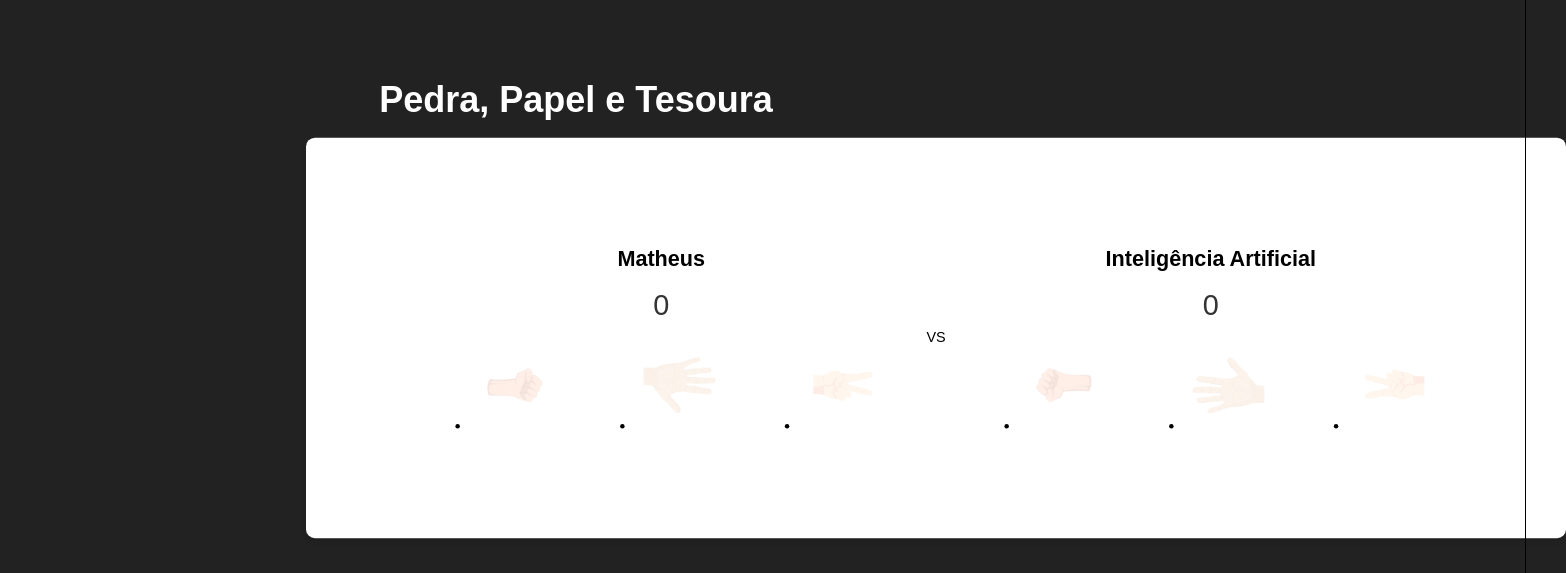
Repository: Matheus904-12/Pedra-Papel
Page: index.html
An editor plug-in stored every save of this project. The page is shown before and after the next save, followed by the edit.
The browser window is 1280 px wide. The page is 1740 px wide, so the pictures cover 1740 px, including what lies to the right of the window. The pictures show the whole page, at 90% of full size.

Above is the page before, as saved 2023-08-28 21:58:00.

### index.html
<!DOCTYPE html>
<html lang="en">
<head>
    <meta charset="UTF-8">
    <meta name="viewport" content="width=device-width, initial-scale=1.0">
    <title>Pedra, Papel e Tesoura</title>
    <link rel="stylesheet" href="style.css">
    <script src="script.js"></script>
</head>
<body>
    <center>
    <div class="box">
        <div class="container">
            <h1 id="titulo">Pedra, Papel e Tesoura</h1>
            <div class="placar" id="placar">
                <div class="jogador">
                    <h2 id="jogadorNome">Matheus</h2>
                    <p id="jogadorPontos">0</p>
                    <ul class="escolhas" id="jogadorEscolha">
                        <li>
                            <a id="jogadorEscolha1" class="escolha" onclick="jogar(1)">
                                <img src="img/1-removebg-preview.png" alt="">
                            </a>
                        </li>
                        <li>
                            <a id="jogadorEscolha2" class="escolha" onclick="jogar(2)">
                                <img src="img/2-removebg-preview.png" alt="">
                            </a>
                        </li>
                        <li>
                            <a id="jogadorEscolha3" class="escolha" onclick="jogar(3)">
                                <img src="img/3-removebg-preview.png" alt="">
                            </a>
                        </li>
                    </ul>
                </div>
                <div id="versus">VS</div>
                <div class="computador">
                    <h2 id="computadorNome">Inteligência Artificial</h2>
                    <p id="computadorPontos">0</p>
                    <ul class="escolhas" id="computadorEscolha">
                        <li>
                            <a id="computadorEscolha1" class="escolha">
                                <img src="img2/1.png" alt="">
                            </a>
                        </li>
                        <li>
                            <a id="computadorEscolha2" class="escolha">
                                <img src="img2/2.png" alt="">
                            </a>
                        </li>
                        <li>
                            <a id="computadorEscolha3" class="escolha">
                                <img src="img2/3.png" alt="">
                            </a>
                        </li>
                    </ul>
                </div>
            </div>
            <div class="mensagem"><p id="mensagem"class="result-message">&nbsp;</p>
    </div>
</center>
</body>
</html>

### style.css
ul#jogadorEscolha li a,
ul#computadorEscolha li a{
    opacity: 0.2;
    transition: ease-in-out 0.3s;
}
ul#jogadorEscolha li a:hover,
ul#jogadorEscolha li a.selecionado,
ul#computadorEscolha li a.selecionado {
    opacity: 1;
}

/* Estilos gerais */
body {
    font-family: 'Arial', sans-serif;
    background-color: #222;
    margin: 0;
    padding: 0;
    transition: background-color 0.5s ease;
    align-items: center;
}

/* Estilo do container principal */
.box {
    display: flex;
    align-items: center;
    justify-content: center;
    min-height: 100vh;
    transition: background-color 0.5s ease;
}

.container {
    width: 100%;
    max-width: 600px;
    text-align: center;
}

/* Estilo do título */
#titulo {
    font-size: 2.5rem;
    color: #fff;
    margin-bottom: 20px;
}

/* Estilo do placar */
.placar {
    display: flex;
    align-items: center;
    justify-content: space-between;
    padding: 100px;
    background-color: #fff;
    border-radius: 10px;
    box-shadow: 0 4px 6px rgba(0, 0, 0, 0.1);
    width: 100vw;
    margin: 0;
    max-width: 1200px;
}

.jogador,
.computador {
    width: 50%;
}

.jogador p,
.computador p {
    font-size: 2rem;
    color: #333;
    margin: 0;
}

.escolhas {
    display: flex;
    justify-content: space-around;
    margin-top: 20px;
}

.escolhas img {
    max-width: 100px;
    cursor: pointer;
    transition: transform 0.3s ease;
}

.escolhas img:hover {
    transform: scale(1.1);
}

/* Estilo do resultado/mensagem */
.result-message {
    font-size: 1.2rem;
    margin-top: 20px;
    color: #fff;
}

.result-message.vitoria {
    color: #4CAF50;
}

.result-message.derrota {
    color: #FF5733;
}

.result-message.empate {
    color: #FFC300;
}

/* Estilo do botão reiniciar */
.reiniciar-jogo {
    background-color: #3498db;
    border: none;
    color: white;
    padding: 10px 20px;
    text-align: center;
    text-decoration: none;
    display: inline-block;
    font-size: 16px;
    border-radius: 5px;
    cursor: pointer;
    transition: background-color 0.3s ease;
}

.reiniciar-jogo:hover {
    background-color: #2980b9;
}

/* Estilo do histórico */
.historico {
    text-align: center;
    margin-top: 20px;
}

.historico-toggle {
    background-color: #333;
    border: none;
    color: white;
    padding: 5px 10px;
    font-size: 14px;
    border-radius: 5px;
    cursor: pointer;
    transition: background-color 0.3s ease;
}

.historico-toggle:hover {
    background-color: #222;
}

.historico-list {
    list-style: none;
    padding: 0;
    display: none;
    text-align: left;
}

.historico-list li {
    font-size: 14px;
    margin-bottom: 5px;
    color: #fff;
}

### script.js
let jogadorEscolha = 0;
let jogadorPontos = 0;
let computadorEscolha = 0;
let computadorPontos = 0;
let ganhador = -1;
let historico = [];

function jogar(escolha){
    jogadorEscolha = escolha;
    computadorEscolha = Math.floor(Math.random() * 3) + 1;


/*PEDRA = 1
  PAPEL = 2
  TESOURA = 3
*/

if (jogadorEscolha == 1 && computadorEscolha == 1) {
    ganhador = 0;
    //*PEDRA = PEDRA*//
} else if (jogadorEscolha == 1 && computadorEscolha == 2) {
    ganhador = 2;
    //PEDRA E PAPEL = PAPEL//
} else if (jogadorEscolha == 1 && computadorEscolha == 3) {
    ganhador = 1;
    //PEDRA E TESOURA = PEDRA//
} else if (jogadorEscolha == 2 && computadorEscolha == 1) {
    ganhador = 1;
    //PAPEL E PEDRA = PEDRA
} else if (jogadorEscolha == 2 && computadorEscolha == 2) {
    ganhador =  0;
    //PAPEL E PAPEL = NADA
} else if (jogadorEscolha == 2 && computadorEscolha == 3) {
    ganhador = 2;
    //PAPEL E TESOURA = TESOURA
} else if (jogadorEscolha == 3 && computadorEscolha == 1) {
    ganhador = 2;
    //TESOURA E PEDRA = PEDRA
} else if (jogadorEscolha == 3 && computadorEscolha == 2) {
    ganhador = 1;
    //TESOURA E PAPEL = TESOURA
} else if (jogadorEscolha == 3 && computadorEscolha == 3) {
    ganhador = 0;
    //TESOURA E TESOURA = EMPATE
}


document.getElementById('jogadorEscolha1').classList.remove('selecionado');
document.getElementById('jogadorEscolha2').classList.remove('selecionado');
document.getElementById('jogadorEscolha3').classList.remove('selecionado');
document.getElementById('computadorEscolha1').classList.remove('selecionado');
document.getElementById('computadorEscolha2').classList.remove('selecionado');
document.getElementById('computadorEscolha3').classList.remove('selecionado');



document.getElementById('jogadorEscolha'+jogadorEscolha).classList.add('selecionado');
document.getElementById('computadorEscolha'+computadorEscolha).classList.add('selecionado');


/*
EMPATE = 0;
JOGADOR = 1;
COMPUTADOR = 2;
*/


// Atualizar placar
if (ganhador === 1) {
    jogadorPontos++;
} else if (ganhador === 2) {
    computadorPontos++;
}

document.getElementById('jogadorPontos').textContent = jogadorPontos;
document.getElementById('computadorPontos').textContent = computadorPontos;


// Mensagem do resultado
let mensagem = '';
if (ganhador === 1) {
    mensagem = 'Você venceu!';
} else if (ganhador === 2) {
    mensagem = 'Você perdeu!';
} else {
    mensagem = 'Empate!';
}

// Adicionar ao histórico
historico.push({
    jogador: jogadorEscolha,
    computador: computadorEscolha,
    resultado: ganhador
});

// Atualizar elementos na página
document.getElementById('jogadorPontos').textContent = jogadorPontos;
document.getElementById('computadorPontos').textContent = computadorPontos;
document.querySelector('.result-message').textContent = mensagem;
document.querySelector('.result-message').className = `result-message ${ganhadorClass}`;

// Exibir histórico
mostrarHistorico();

// Adicionar classe de estilo à mensagem
let mensagemElement = document.getElementById('mensagem');
mensagemElement.classList.remove('vitoria', 'derrota', 'empate');
if (ganhador === 1) {
    mensagemElement.classList.add('vitoria');
} else if (ganhador === 2) {
    mensagemElement.classList.add('derrota');
} else {
    mensagemElement.classList.add('empate');
}
}

function mostrarHistorico() {
let historicoList = document.getElementById('historico-list');
historicoList.innerHTML = '';

for (let i = 0; i < historico.length; i++) {
    let item = historico[i];
    let resultado = '';
    if (item.resultado === 1) {
        resultado = 'Vitória';
    } else if (item.resultado === 2) {
        resultado = 'Derrota';
    } else {
        resultado = 'Empate';
    }

    let listItem = document.createElement('li');
    listItem.textContent = `Jogador: ${item.jogador} | Computador: ${item.computador} | Resultado: ${resultado}`;
    historicoList.appendChild(listItem);
}


document.getElementById('historico-toggle').addEventListener('click', function() {
    const historicoList = document.querySelector('.historico-list');
    historicoList.style.display = historicoList.style.display === 'none' ? 'block' : 'none';
    this.textContent = historicoList.style.display === 'none' ? 'Ver Histórico' : 'Esconder Histórico';
});

// Mensagem do resultado
let mensagem = '';
if (ganhador === 1) {
    mensagem = 'Você venceu!';
} else if (ganhador === 2) {
    mensagem = 'Você perdeu!';
} else {
    mensagem = 'Empate!';
}

// Adicionar ao histórico
historico.push({
    jogador: jogadorEscolha,
    computador: computadorEscolha,
    resultado: ganhador
});


// Atualizar elementos na página
document.getElementById('jogadorPontos').textContent = jogadorPontos;
document.getElementById('computadorPontos').textContent = computadorPontos;
document.querySelector('.result-message').textContent = mensagem;
document.querySelector('.result-message').className = `result-message ${ganhadorClass}`;


 // Adicionar classe de estilo à mensagem
let mensagemElement = document.querySelector('.mensagem');
mensagemElement.classList.remove('vitoria', 'derrota', 'empate');
if (ganhador === 1) {
    mensagemElement.classList.add('vitoria');
} else if (ganhador === 2) {
    mensagemElement.classList.add('derrota');
} else {
    mensagemElement.classList.add('empate');
}

// Atualizar estilo da página com base no resultado
document.querySelector('.box').className = `box ${ganhadorClass}`;




// Atualizar cor de fundo com base no resultado
if (ganhador === 1) {
    document.body.style.backgroundColor = '#4CAF50'; // Verde
} else if (ganhador === 2) {
    document.body.style.backgroundColor = '#FF5733'; // Vermelho
} else {
    document.body.style.backgroundColor = '#FFC300'; // Amarelo
}


// Selecionar escolha do jogador
document.getElementById(`jogadorEscolha${jogadorEscolha}`).classList.add('selecionado');


// Atualizar escolhas do jogador
document.getElementById(`jogadorEscolha${jogadorEscolha}`).classList.add('selecionado');
document.getElementById(`computadorEscolha${computadorEscolha}`).classList.add('selecionado');

// Atualizar estilo da página com base no resultado
document.querySelector('.box').className = `box ${ganhadorClass}`;

// Função para reiniciar o jogo
function reiniciarJogo() {
    jogadorPontos = 0;
    computadorPontos = 0;
    historico = [];
    limparEscolhas();
    atualizarPlacar();
    limparMensagem();
    mostrarHistorico();
    resetarEstiloPagina();
}

// Limpar escolhas selecionadas
function limparEscolhas() {
    document.querySelectorAll('.escolha').forEach(element => {
        element.classList.remove('selecionado');
    });
}

// Atualizar placar
function atualizarPlacar() {
    document.getElementById('jogadorPontos').textContent = jogadorPontos;
    document.getElementById('computadorPontos').textContent = computadorPontos;
}

// Limpar mensagem do resultado
function limparMensagem() {
    document.querySelector('.result-message').textContent = '';
    document.querySelector('.mensagem').className = 'mensagem';
}

// Resetar estilo da página
function resetarEstiloPagina() {
    document.querySelector('.box').className = 'box';
}

// Botão de reiniciar o jogo
document.getElementById('reiniciar-jogo').addEventListener('click', function() {
    reiniciarJogo();
});


// Função para reiniciar o jogo
function reiniciarJogo() {
    jogadorPontos = 0;
    computadorPontos = 0;
    historico = [];
    limparEscolhas();
    atualizarPlacar();
    limparMensagem();
    mostrarHistorico();
    resetarEstiloPagina();
}

// Limpar escolhas selecionadas
function limparEscolhas() {
    document.querySelectorAll('.escolha').forEach(element => {
        element.classList.remove('selecionado');
    });
}

// Atualizar placar
function atualizarPlacar() {
    document.getElementById('jogadorPontos').textContent = jogadorPontos;
    document.getElementById('computadorPontos').textContent = computadorPontos;
}

// Limpar mensagem do resultado
function limparMensagem() {
    document.querySelector('.result-message').textContent = '';
    document.querySelector('.mensagem').className = 'mensagem';
}

// Resetar estilo da página
function resetarEstiloPagina() {
    document.querySelector('.box').className = 'box';
}

// Botão de reiniciar o jogo
document.getElementById('reiniciar-jogo').addEventListener('click', function() {
    reiniciarJogo();
});


}

After the next save:
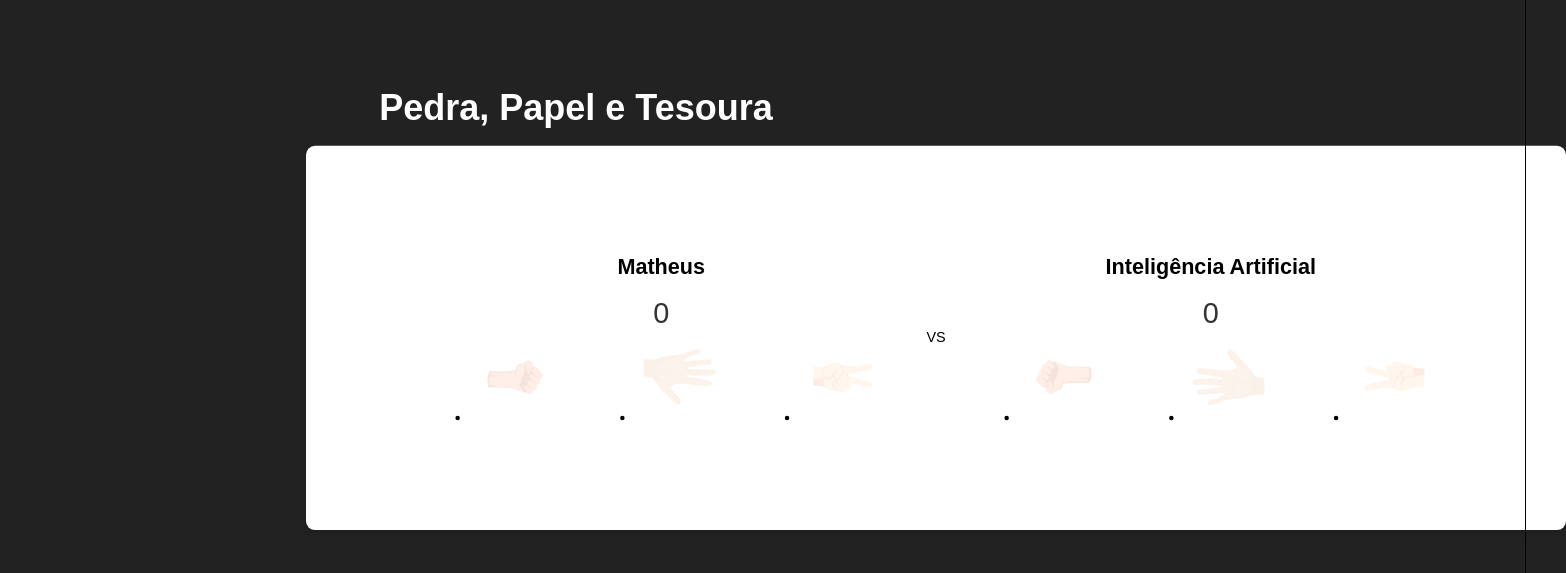
Saved 32 s later.
--- a/style.css
+++ b/style.css
@@ -70,7 +70,7 @@ body {
 .escolhas {
     display: flex;
     justify-content: space-around;
-    margin-top: 20px;
+    margin-top: 2px;
 }
 
 .escolhas img {
